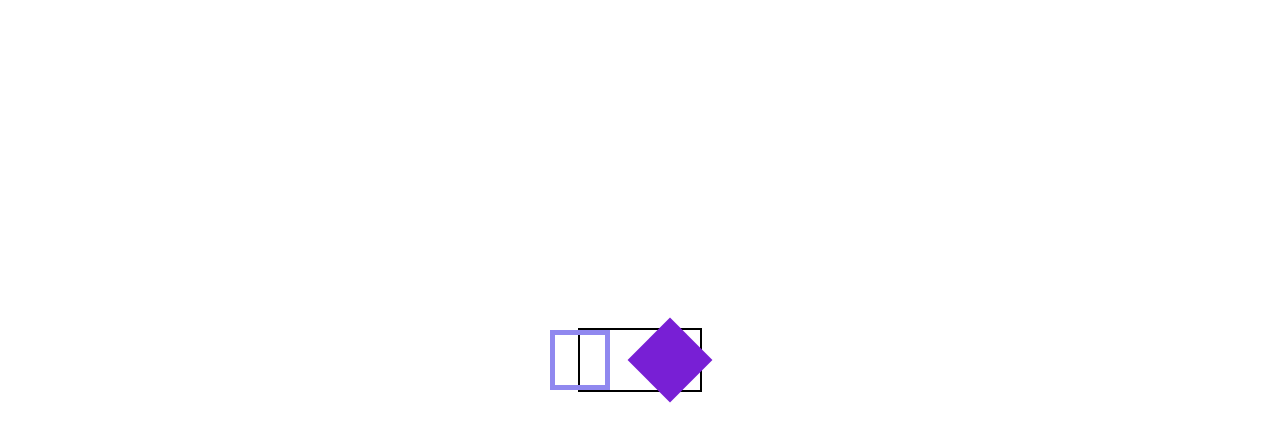
Repository: ornelasedward/whimsical_logo
Page: index.html
An editor plug-in stored every save of this project. The page is shown before and after the next save, followed by the edit.
The browser window is 1280 px wide. The pictures show the whole page.

Above is the page before, as saved 2023-04-21 08:44:49.

### index.html
<!DOCTYPE html>
<html lang="en">
  <head>
    <meta charset="UTF-8" />
    <meta http-equiv="X-UA-Compatible" content="IE=edge" />
    <meta name="viewport" content="width=device-width, initial-scale=1.0" />
    <title>Document</title>
    <link rel="stylesheet" href="styles.css"></link>
  </head>
  <body>
    <div class="container">
        <div class="logo">
        <div class="diamond-shape-2"></div>
      <div class="diamond-shape"></div>
    </div>
    </div>
  </body>
</html>

### styles.css
body {
  margin: 0;
  padding: 0;
}

.container {
  display: flex;
  justify-content: center;
  align-items: center;
  height: 100vh;
}

.logo {
  display: flex;
  border: 2px solid black;
  position: absolute;
}

.diamond-shape {
  background: #781fd5;
  height: 60px;
  transform: rotate(45deg);
  width: 60px;
  top: 0;
  left: 0;
}

.diamond-shape-2 {
  transform: rotate(45deg);
  border: 5px solid #9088ef;
  height: 50px;
  width: 50px;
  transform: translate(-50%);
}

After the next save:
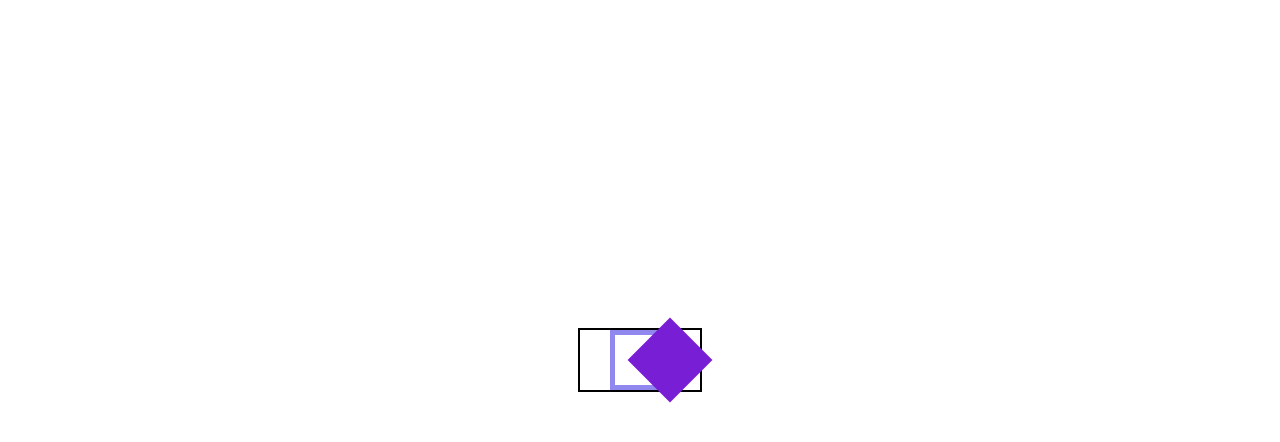
Saved 5 s later.
--- a/styles.css
+++ b/styles.css
@@ -30,5 +30,5 @@
   border: 5px solid #9088ef;
   height: 50px;
   width: 50px;
-  transform: translate(-50%);
+  transform: translate(50%);
 }
